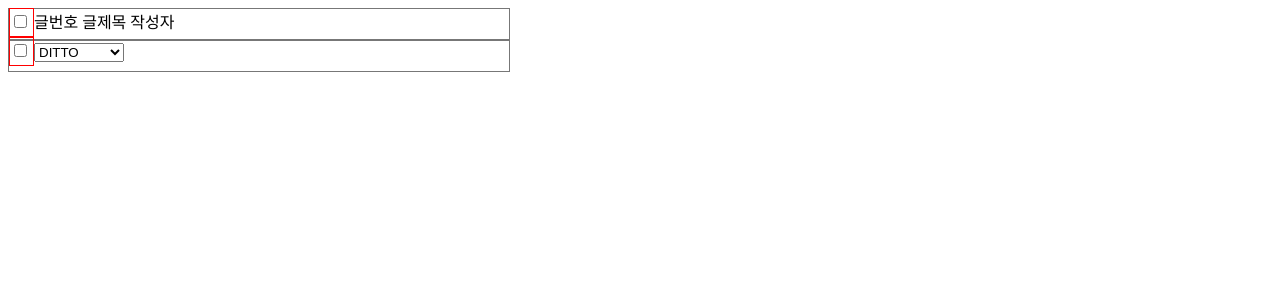
Repository: SniperDitto/save
Page: http://localhost/SpringBoard/html/boards.jsp
The author's editor kept a copy of each file at every save. The page is drawn from the files as they stood at one save, then again after the next save.
The browser window is 1280 px wide. The pictures show the whole page.
The page is served by Tomcat 9.

Above is the page before, as saved 2022-05-26 00:22:00.

After the next save:
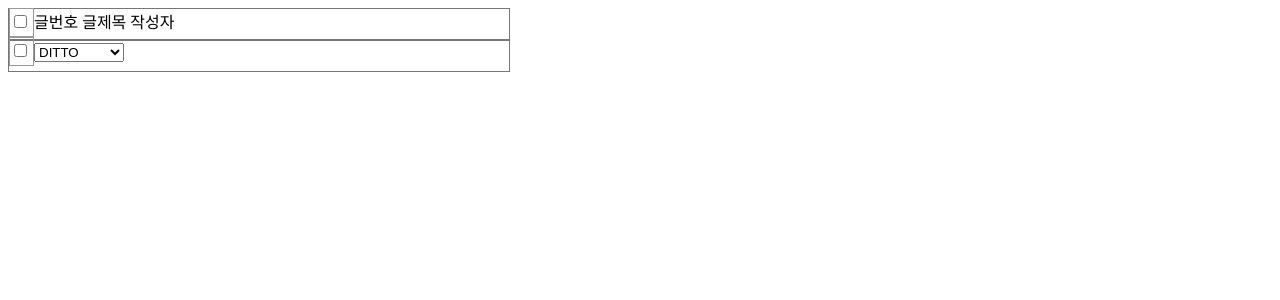
Saved 31 s later.
--- a/2022JAVA_YSH 1/JAVA/SpringBoard/SpringBoard/src/main/webapp/html/boards.jsp
+++ b/2022JAVA_YSH 1/JAVA/SpringBoard/SpringBoard/src/main/webapp/html/boards.jsp
@@ -17,7 +17,7 @@
 		font-size:12px;
 		text-align:center;
 		padding:8px 0px 5px 0px;
-		border:1px solid red;
+		border:1px solid #999;
 	}
 </style>
 </head>
